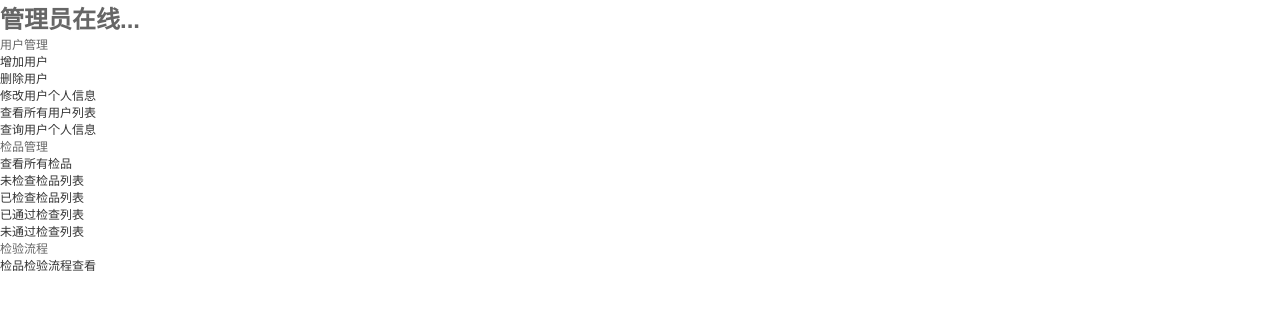
Repository: Shaoxubao/Java
Page: http://localhost/msm/jsp/user/adminmenu.jsp
The author's editor kept a copy of each file at every save. The page is drawn from the files as they stood at one save, then again after the next save.
The browser window is 1280 px wide. The pictures show the whole page.
The page is served by Tomcat 9. Nobody is signed in. The application's start-up code is not run. Other server files are loaded and not shown. The template is opened directly, without the code that normally fills it, so the values that code supplies are empty.

Above is the page before, as saved 2015-06-14 09:20:20.

### msm/WebContent/jsp/user/adminmenu.jsp
<%@ page language="java" contentType="text/html; charset=UTF-8"
  pageEncoding="UTF-8"%>
<%@ taglib prefix="sf" uri="http://www.springframework.org/tags/form"%>
<!DOCTYPE html PUBLIC "-//W3C//DTD HTML 4.01 Transitional//EN" "http://www.w3.org/TR/html4/loose.dtd">
<html>
<head>
<meta http-equiv="Content-Type" content="text/html; charset=UTF-8">
<title>管理员在线</title>

<script type="text/javascript" src="../../js/jquery.min.js"></script>
<link href="../../css/style.css" rel="stylesheet" type="text/css" />

</head>
<body bgcolor="＃E8E8FF">

<script type="text/javascript">
$(function () {
	$(".ny_zblb1 ul li").click(function(){
		var thisSpan=$(this);
		$(".ny_zblb1 ul li ul").prev("a").removeClass("cur");
		$("ul", this).prev("a").addClass("cur");
		$(this).children("ul").slideDown("fast");
		$(this).siblings().children("ul").slideUp("fast");
	})
});
</script>

  <h1>管理员在线...</h1>
  <div>
    <ul>
      <li>用户管理</li>
      <ul>
        <li><a href="<%=request.getContextPath()%>/user/add" target="main">增加用户</a></li>
        <li><a href="<%=request.getContextPath()%>/user/delete" target="main">删除用户</a></li>
        <li><a href="<%=request.getContextPath()%>/user/update" target="main">修改用户个人信息</a></li>
        <li><a href="<%=request.getContextPath()%>/user/users" target="main">查看所有用户列表</a></li>
        <li><a href="<%=request.getContextPath()%>/user/show" target="main">查询用户个人信息</a></li>
        <!-- <li><a href="<%=request.getContextPath()%>/user/show" target="main">修改用户个人密码</a></li>-->
      </ul>

      <li>检品管理</li>
      <ul>
        <li><a href="<%=request.getContextPath()%>/samplem/samples" target="main">查看所有检品</a></li>
        <li><a href="<%=request.getContextPath()%>/samplem/unchecked" target="main">未检查检品列表</a></li>
        <li><a href="<%=request.getContextPath()%>/samplem/checked" target="main">已检查检品列表</a></li>
        <li><a href="<%=request.getContextPath()%>/samplem/checkpassed" target="main">已通过检查列表</a></li>
        <li><a href="<%=request.getContextPath()%>/samplem/checkunpassed" target="main">未通过检查列表</a></li>
      </ul>
      <li>检验流程</li>
      <ul>
      	<li><a href="<%=request.getContextPath()%>/samplem/sampleflow" target="main">检品检验流程查看</a></li>
      </ul>
    </ul>
  </div>

</body>
</html>

### msm/WebContent/css/style.css
@charset "utf-8";
body{font-family:Arial, Helvetica, sans-serif;font-size:12px;font-weight:normal;color:#666666;margin:0px;padding:0px;background:#fff;}
p,from,h1,h2,h3,h4,h5,h6{margin:0px;padding:0px;}
ul,ol{margin:0px;padding:0px;list-style-type:none;}
img{border:none;}
a{color:#333333;text-decoration:none;}
a:hover{color:#666666;text-decoration:underline;}
.clearfix:after{content:".";display:block;height:0;clear:both;visibility:hidden}
.clearfix{display:inline-table}
*html .clearfix{height:1%}
.clearfix{display:block}
*+html .clearfix{min-height:1%}
/* ny_zb */
.ny_zb{width:268px;overflow:hidden;border-left:1px solid #dddddd;border-right:1px solid #dddddd;border-bottom:1px solid #dddddd;font-family:"微软雅黑";margin:40px auto 0 auto;}
.ny_zbbt{font-family:"微软雅黑";background-color:#b4c9cb;height:40px;line-height:40px;overflow:hidden;border-top:2px solid #b7b7b7;}
.ny_zbbt span{padding-left:30px;font-size:16px;color:#000;line-height:40px;}
.ny_zblb1{padding:10px 10px 20px 0px;}

.ny_zblb1 li{line-height:33px;font-size:14px;color:#333;float:left;width:100%;}
.ny_zblb1 li a{display:block;padding-left:30px;text-decoration:none;color:#333;background:url(../images/04.gif) no-repeat right;}
.ny_zblb1 li a.cur{color:#6fb600;font-weight:bold;background:url(../images/04_h.gif) no-repeat right;text-decoration:none;}

.ny_zblb1 li ul{display:none;color:#666;padding:5px 0 5px 30px;}
.ny_zblb1 li ul li{float:none;background-image:none;height:26px;line-height:26px;margin-top:0px;font-size:12px;}
.ny_zblb1 li ul li a{padding-left:30px;display:block;background:url(../images/04.gif) no-repeat left;}
.ny_zblb1 li ul a:hover{color:#6fb600;}

Loaded but not shown: msm/WebContent/js/jquery.min.js (library)

After the next save:
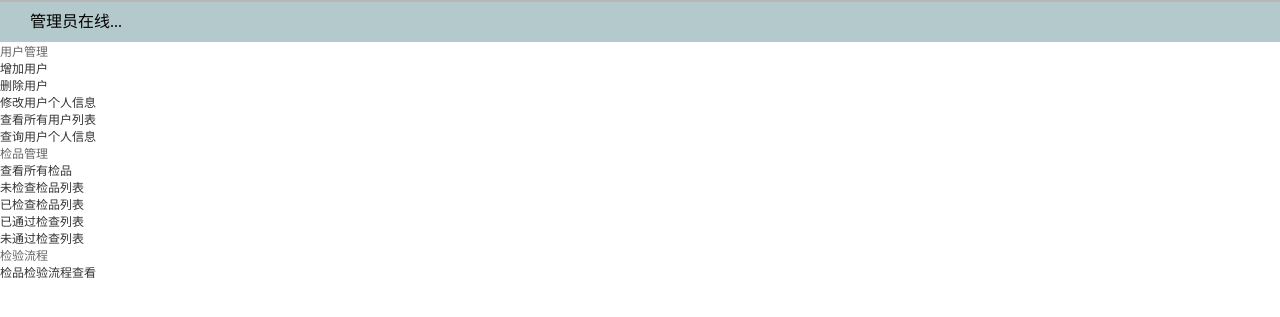
Saved 34 s later.
--- a/msm/WebContent/jsp/user/adminmenu.jsp
+++ b/msm/WebContent/jsp/user/adminmenu.jsp
@@ -25,7 +25,7 @@ $(function () {
 });
 </script>
 
-  <h1>管理员在线...</h1>
+ <div class="ny_zbbt"><span>管理员在线...</span></div>
   <div>
     <ul>
       <li>用户管理</li>
